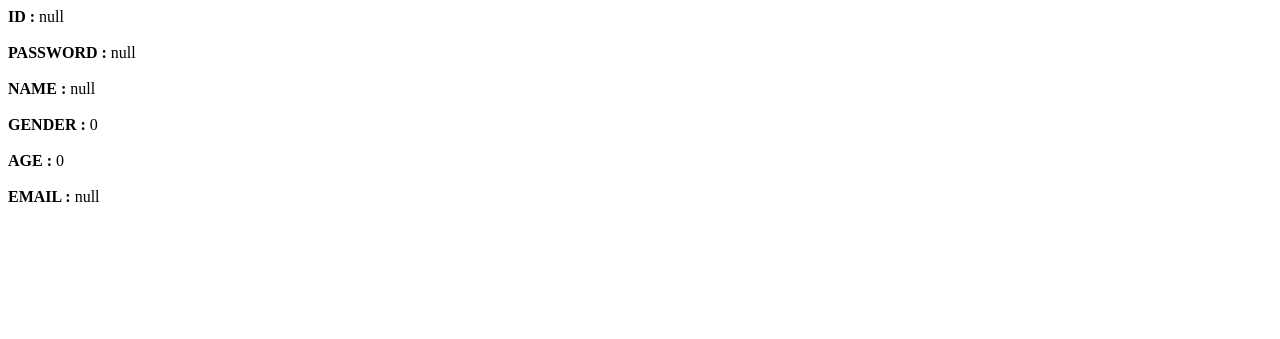
Repository: MaSHwan/JSP_Study
Page: http://localhost/ServletProject/template/joinCheck.jsp
The author's editor kept a copy of each file at every save. The page is drawn from the files as they stood at one save, then again after the next save.
The browser window is 1280 px wide. The pictures show the whole page.
The page is served by Tomcat 9.

Above is the page before, as saved 2022-08-08 05:20:23.

After the next save:
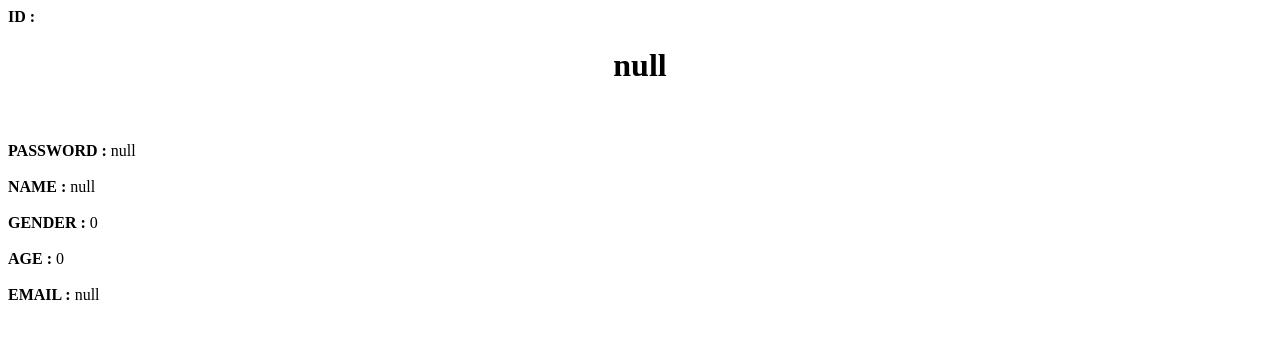
Saved 100 s later.
--- a/ServletProject/src/main/webapp/template/joinCheck.jsp
+++ b/ServletProject/src/main/webapp/template/joinCheck.jsp
@@ -21,7 +21,7 @@
 	 <tr>
 	 	<td><b>ID : </b></td>
 	 	<td>
-	 		<jsp:getProperty property="id" name="join"/>
+	 		<h1><jsp:getProperty property="id" name="join"/></h1>
 	 	</td>
 	 </tr><br><br>
 	 <tr>

After the save that followed:
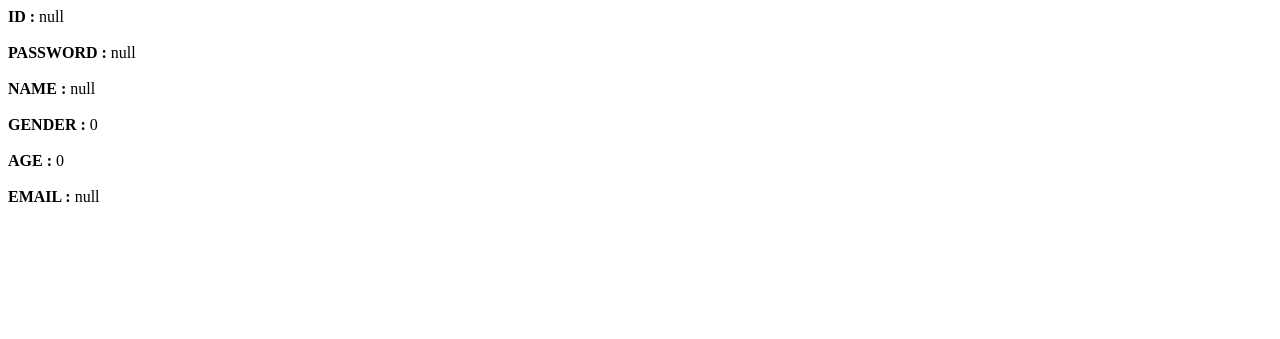
Saved 33 s later.
--- a/ServletProject/src/main/webapp/template/joinCheck.jsp
+++ b/ServletProject/src/main/webapp/template/joinCheck.jsp
@@ -21,7 +21,7 @@
 	 <tr>
 	 	<td><b>ID : </b></td>
 	 	<td>
-	 		<h1><jsp:getProperty property="id" name="join"/></h1>
+	 		<jsp:getProperty property="id" name="join"/>
 	 	</td>
 	 </tr><br><br>
 	 <tr>
